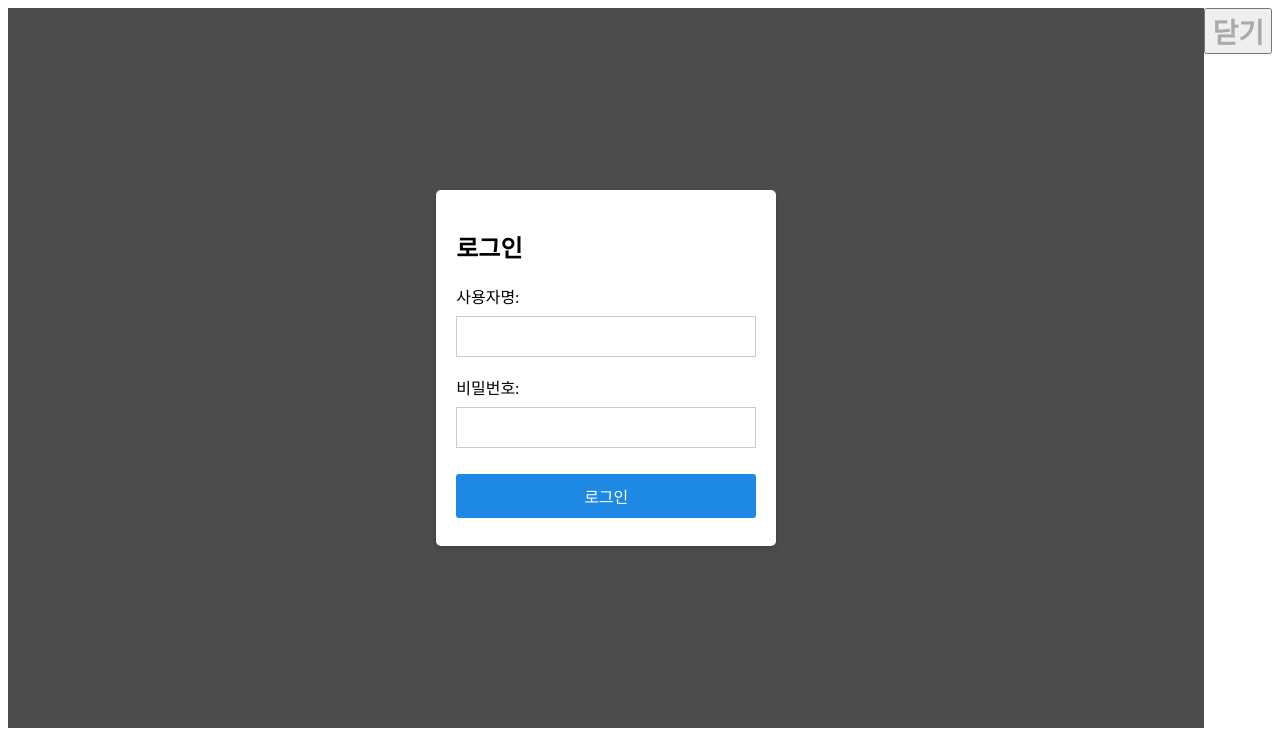
Repository: NewTurn2017/MyChome
Page: index.html
The author's editor kept a copy of each file at every save. The page is drawn from the files as they stood at one save, then again after the next save.
The browser window is 1280 px wide. The pictures show the whole page.
The page's requests for data from a server got no answer.

Above is the page before, as saved 2023-04-17 21:05:04.

### index.html
<!DOCTYPE html>
<html lang="ko-KR">
  <head>
    <meta charset="UTF-8" />
    <title>나만의 홈페이지</title>
    <link rel="stylesheet" href="style.css" />
  </head>

  <body>
    <div id="mainContent" style="display: none">
      <div id="content">
        <div id="clock"></div>
        <div id="quote"></div>
        <div id="weather"></div>

        <div id="todo">
          <form id="todoForm">
            <input
              type="text"
              id="todoInput"
              placeholder="할 일을 입력하세요"
            />
            <button type="submit" id="addBtn">추가</button>
          </form>
          <ul id="todoList"></ul>
          <button id="saveBtn">저장</button>
          <button id="loadBtn">불러오기</button>
        </div>
      </div>
    </div>
    <button class="close">닫기</button>
    <div id="loginContainer">
      <div id="loginFormContainer">
        <h2>로그인</h2>
        <form id="loginForm">
          <div class="inputContainer">
            <label for="username">사용자명:</label>
            <input type="text" id="username" />
          </div>
          <div class="inputContainer">
            <label for="password">비밀번호:</label>
            <input type="password" id="password" />
          </div>
          <button type="submit" id="loginBtn">로그인</button>
        </form>
      </div>
    </div>

    <script src="database.js"></script>
    <script src="main.js"></script>
    <script src="clock.js"></script>
    <script src="quote.js"></script>
    <script src="weather.js"></script>
    <script src="todo.js"></script>
  </body>
</html>

### style.css
.modal {
  display: none;
  position: fixed;
  z-index: 1;
  left: 0;
  top: 0;
  width: 100%;
  height: 100%;
  background-color: rgba(0, 0, 0, 0.6);
}

.modal-content {
  background-color: white;
  margin: 15% auto;
  padding: 20px;
  border: 1px solid #888;
  width: 50%;
  max-width: 350px;
  text-align: center;
}

.close {
  color: #aaa;
  float: right;
  font-size: 28px;
  font-weight: bold;
}

.close:hover,
.close:focus {
  color: black;
  text-decoration: none;
  cursor: pointer;
}

/* 기존 스타일들 */

/* 로그인 컨테이너 스타일 */
#loginContainer {
  display: flex;
  justify-content: center;
  align-items: center;
  height: 100vh;
  background-color: rgba(0, 0, 0, 0.7);
}

#loginFormContainer {
  background-color: #fff;
  width: 300px;
  padding: 20px;
  border-radius: 5px;
  box-shadow: 0 4px 6px rgba(0, 0, 0, 0.1), 0 1px 3px rgba(0, 0, 0, 0.08);
}

h2 {
  margin-bottom: 20px;
}

.inputContainer {
  display: flex;
  flex-direction: column;
  margin-bottom: 10px;
}

input[type='text'],
input[type='password'] {
  width: 100%;
  padding: 12px 20px;
  margin: 8px 0;
  display: inline-block;
  border: 1px solid #ccc;
  box-sizing: border-box;
}

button[type='submit'] {
  background-color: #4caf50;
  color: white;
  padding: 14px 20px;
  margin: 8px 0;
  width: 100%;
  border: none;
  cursor: pointer;
}
button#loginBtn {
  width: 100%;
  padding: 10px;
  font-size: 16px;
  background-color: #1e88e5;
  color: #fff;
  border: none;
  border-radius: 3px;
  cursor: pointer;
}

#loginBtn:hover {
  opacity: 0.8;
}

### database.js
const users = [
  {
    username: 'admin',
    password: '1234',
  },
  {
    username: 'user',
    password: '5678',
  },
]

function validateUser(username, password) {
  const user = users.find(
    (user) => user.username === username && user.password === password
  )

  return user ? true : false
}

### main.js
// 로그인 폼 열기
const loginModal = document.getElementById('loginModal')
const loginBtn = document.getElementById('loginBtn')
const closeBtn = document.querySelector('.close')

loginBtn.onclick = function () {
  loginModal.style.display = 'block'
}

// 로그인 폼 닫기
closeBtn.onclick = function () {
  loginModal.style.display = 'none'
}

// 로그인 폼 전송
const loginForm = document.getElementById('loginForm')

loginForm.addEventListener('submit', function (event) {
  event.preventDefault() // 폼 기본 동작 중단

  // 입력된 아이디와 비밀번호 가져오기
  const username = loginForm.username.value
  const password = loginForm.password.value

  // 아이디와 비밀번호 검증
  if (validateUser(username, password)) {
    alert('로그인되었습니다.')
    loginModal.style.display = 'none'
    // 로그인 성공 시 mainContent div를 표시함
    document.getElementById('mainContent').style.display = 'block'
  } else {
    alert('아이디 또는 비밀번호가 올바르지 않습니다.')
  }
})

### clock.js
// 시계 출력 함수
function showClock() {
  const now = new Date() // 현재 시간을 가져옴
  const hour = now.getHours() // 시간을 가져옴
  const minute = now.getMinutes() // 분을 가져옴
  const second = now.getSeconds() // 초를 가져옴

  const clock = document.getElementById('clock')
  clock.textContent = `${hour < 10 ? '0' + hour : hour}:${
    minute < 10 ? '0' + minute : minute
  }:${second < 10 ? '0' + second : second}`

  // 1초마다 showClock 함수를 호출하여 시간을 업데이트 함
  setTimeout(showClock, 1000)
}

// showClock 함수를 최초로 호출하여 화면에 시계를 표시함
showClock()

### quote.js
// 명언 출력 함수
async function showQuote() {
  const response = await fetch('https://quotes.rest/qod') // 명언을 가져옴
  const data = await response.json()
  const quote = data.contents.quotes[0].quote
  const author = data.contents.quotes[0].author

  const quoteElem = document.getElementById('quote')
  quoteElem.innerHTML = `<p>${quote}</p><p>- ${author}</p>`

  // 30초마다 showQuote 함수를 호출하여 명언을 업데이트 함
  setTimeout(showQuote, 30000)
}

// showQuote 함수를 최초로 호출하여 화면에 명언을 표시함
showQuote()

### todo.js
// Todo List 출력 함수
function showTodoList() {
  const todoList = JSON.parse(localStorage.getItem('todoList')) || [] // 로컬 스토리지에서 Todo List를 가져옴

  const todoListElem = document.getElementById('todoList')
  todoListElem.innerHTML = ''

  todoList.forEach((todo, index) => {
    const li = document.createElement('li')
    li.innerHTML = `
        <input type="text" value="${todo}" data-index="${index}">
        <button class="deleteBtn" data-index="${index}">삭제</button>
      `
    todoListElem.appendChild(li)
  })

  // 삭제 버튼 클릭 이벤트 핸들러 등록
  const deleteBtns = document.querySelectorAll('.deleteBtn')
  deleteBtns.forEach((btn) => {
    btn.onclick = function () {
      const index = this.dataset.index
      todoList.splice(index, 1)
      showTodoList()
    }
  })
}

// Todo List 추가 함수
function addTodoList() {
  const todoInput = document.getElementById('todoInput')
  const todoList = JSON.parse(localStorage.getItem('todoList')) || [] // 로컬 스토리지에서 Todo List를 가져옴
  todoList.push(todoInput.value) // 새로운 할 일을 추가함
  localStorage.setItem('todoList', JSON.stringify(todoList)) // 로컬 스토리지에 Todo List를 저장함
  todoInput.value = '' // 입력 필드를 초기화함
  showTodoList()
}

// Todo List 수정 함수
function modifyTodoList(index, value) {
  const oldTodoList = JSON.parse(localStorage.getItem('todoList')) || [] // 로컬 스토리지에서 Todo List를 가져옴
  oldTodoList[index] = value // 할 일을 수정함
  localStorage.setItem('todoList', JSON.stringify(oldTodoList)) // 로컬 스토리지에 Todo List를 저장함
  showTodoList()
}

// Todo List 저장 함수
function saveTodoList() {
  const todoList = JSON.parse(localStorage.getItem('todoList')) || [] // 로컬 스토리지에서 Todo List를 가져옴
  const filename = 'todolist.json'
  const blob = new Blob([JSON.stringify(todoList)], {
    type: 'application/json',
  })
  const url = URL.createObjectURL(blob)
  const a = document.createElement('a')
  a.href = url
  a.download = filename
  a.click()
}
// Todo List 불러오기 함수
async function loadTodoList() {
  const input = document.createElement('input')
  input.type = 'file'
  input.accept = 'application/json'
  input.onchange = async function () {
    const file = input.files[0]
    const reader = new FileReader()
    reader.readAsText(file)
    reader.onloadend = async function () {
      if (reader.result) {
        const newTodoList = JSON.parse(reader.result)
        localStorage.setItem('todoList', JSON.stringify(newTodoList)) // 로컬 스토리지에 Todo List를 저장함
        showTodoList()
      }
    }
  }
  input.click()
}

// Todo List Form submit 이벤트 핸들러 등록
const todoForm = document.getElementById('todoForm')
todoForm.onsubmit = function (event) {
  event.preventDefault() // 기본 동작을 막음
  addTodoList()
}

// 저장 버튼 click 이벤트 핸들러 등록
const saveBtn = document.getElementById('saveBtn')
saveBtn.onclick = function () {
  saveTodoList()
}

// 불러오기 버튼 click 이벤트 핸들러 등록
const loadBtn = document.getElementById('loadBtn')
loadBtn.onclick = async function () {
  await loadTodoList()
}

// showTodoList 함수를 최초로 호출하여 화면에 Todo List를 표시함
showTodoList()

Loaded but not shown: weather.js (no copy from this time; the picture is the same without it)

After the next save:
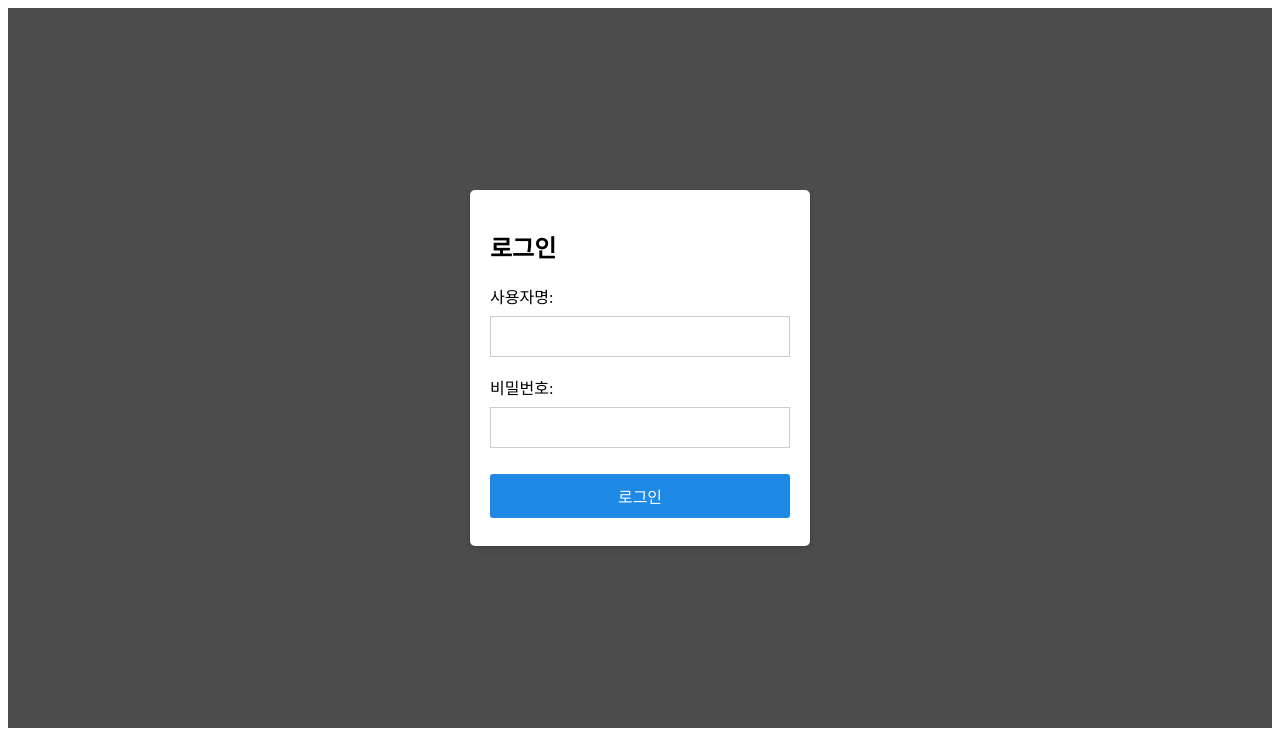
Console error: TypeError: Cannot set properties of null (setting 'onclick')
Saved 69 s later.
--- a/index.html
+++ b/index.html
@@ -28,7 +28,7 @@
         </div>
       </div>
     </div>
-    <button class="close">닫기</button>
+
     <div id="loginContainer">
       <div id="loginFormContainer">
         <h2>로그인</h2>
